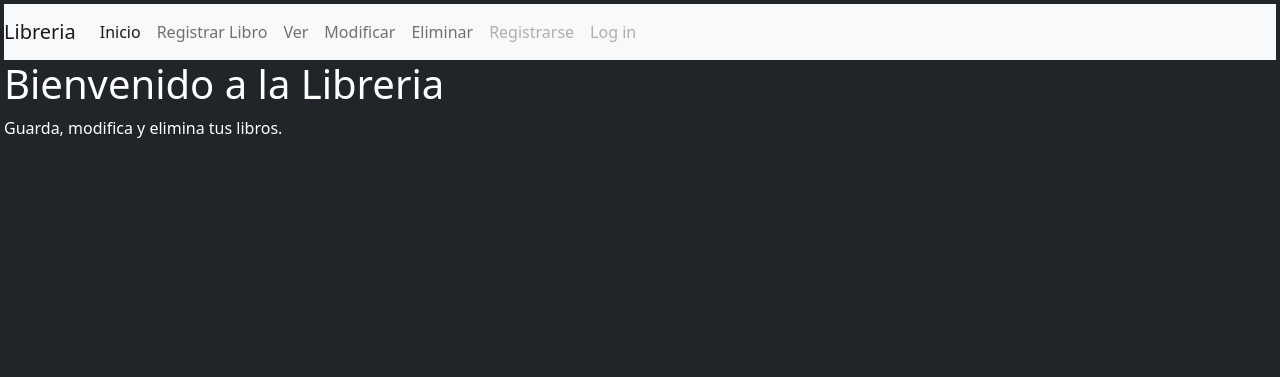
Repository: frnalonso/libreria
Page: src/main/resources/templates/index.html
These files come from the project's save history. The page is drawn as it stood at one moment and after the next save; the edit follows.
The browser window is 1280 px wide. The pictures show the whole page.

Above is the page before, as saved 2021-11-10 11:31:05.

### src/main/resources/templates/index.html

<!doctype html>
<html lang="en">
  <head>
    <!-- Required meta tags -->
    <meta charset="utf-8">
    <meta name="viewport" content="width=device-width, initial-scale=1">

    <!-- Bootstrap CSS -->
    <link href="https://cdn.jsdelivr.net/npm/bootstrap@5.1.3/dist/css/bootstrap.min.css" rel="stylesheet" integrity="sha384-1BmE4kWBq78iYhFldvKuhfTAU6auU8tT94WrHftjDbrCEXSU1oBoqyl2QvZ6jIW3" crossorigin="anonymous">

    <title>Inicio</title>
  </head>
  <body class="bg-dark p-1 text-white">
    <nav class="navbar navbar-expand-lg navbar-light bg-light">
        <a class="navbar-brand" href="/">Libreria</a>
        <button class="navbar-toggler" type="button" data-toggle="collapse" data-target="#navbarNavAltMarkup" aria-controls="navbarNavAltMarkup" aria-expanded="false" aria-label="Toggle navigation">
          <span class="navbar-toggler-icon"></span>
        </button>
        <div class="collapse navbar-collapse" id="navbarNavAltMarkup">
          <div class="navbar-nav">
            <a class="nav-item nav-link active" href="/">Inicio <span class="sr-only"></span></a>
            <a class="nav-item nav-link" href="/registro">Registrar Libro</a>
            <a class="nav-item nav-link" href="/mostrar">Ver</a>
            <a class="nav-item nav-link" href="/modificar/{id}">Modificar</a>
            <a class="nav-item nav-link" href="/eliminar">Eliminar</a>
            <a class="nav-item nav-link disabled" href="Log in">Registrarse</a>
            <a class="nav-item nav-link disabled" href="Log in">Log in</a>
          </div>
        </div>
      </nav>
    <h1>Bienvenido a la Libreria</h1>
    <p>Guarda, modifica y elimina tus libros.</p>
    <!-- Optional JavaScript; choose one of the two! -->

    <!-- Option 1: Bootstrap Bundle with Popper -->
    <script src="https://cdn.jsdelivr.net/npm/bootstrap@5.1.3/dist/js/bootstrap.bundle.min.js" integrity="sha384-ka7Sk0Gln4gmtz2MlQnikT1wXgYsOg+OMhuP+IlRH9sENBO0LRn5q+8nbTov4+1p" crossorigin="anonymous"></script>

    <!-- Option 2: Separate Popper and Bootstrap JS -->
    <!--
    <script src="https://cdn.jsdelivr.net/npm/@popperjs/core@2.10.2/dist/umd/popper.min.js" integrity="sha384-7+zCNj/IqJ95wo16oMtfsKbZ9ccEh31eOz1HGyDuCQ6wgnyJNSYdrPa03rtR1zdB" crossorigin="anonymous"></script>
    <script src="https://cdn.jsdelivr.net/npm/bootstrap@5.1.3/dist/js/bootstrap.min.js" integrity="sha384-QJHtvGhmr9XOIpI6YVutG+2QOK9T+ZnN4kzFN1RtK3zEFEIsxhlmWl5/YESvpZ13" crossorigin="anonymous"></script>
    -->
  </body>
</html>

After the next save:
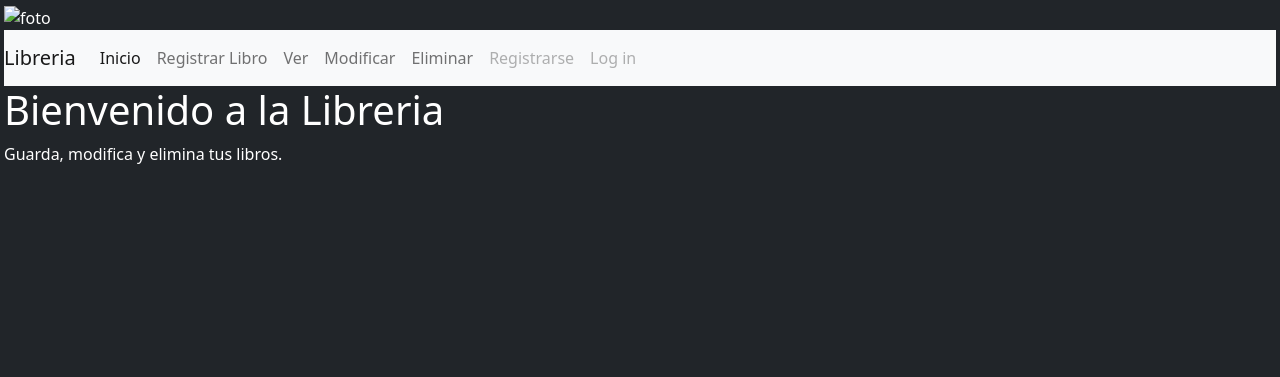
Not found: img/banner_libreria.png
Saved 46 h 5 min later.
--- a/src/main/resources/templates/index.html
+++ b/src/main/resources/templates/index.html
@@ -10,6 +10,7 @@
     <link href="https://cdn.jsdelivr.net/npm/bootstrap@5.1.3/dist/css/bootstrap.min.css" rel="stylesheet" integrity="sha384-1BmE4kWBq78iYhFldvKuhfTAU6auU8tT94WrHftjDbrCEXSU1oBoqyl2QvZ6jIW3" crossorigin="anonymous">
 
     <title>Inicio</title>
+    <img src="/img/banner_libreria.png" alt="foto">
   </head>
   <body class="bg-dark p-1 text-white">
     <nav class="navbar navbar-expand-lg navbar-light bg-light">

After the save that followed:
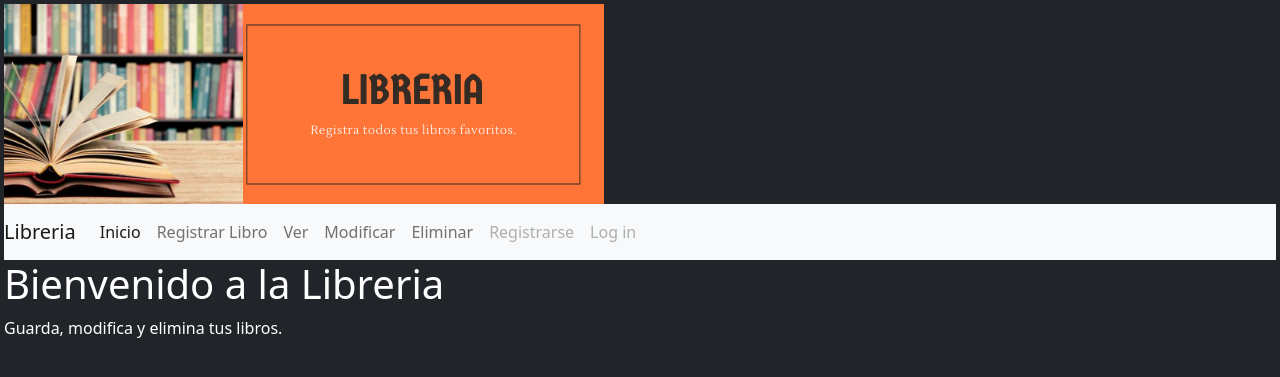
Saved 3 min 22 s later.
--- a/src/main/resources/templates/index.html
+++ b/src/main/resources/templates/index.html
@@ -10,7 +10,7 @@
     <link href="https://cdn.jsdelivr.net/npm/bootstrap@5.1.3/dist/css/bootstrap.min.css" rel="stylesheet" integrity="sha384-1BmE4kWBq78iYhFldvKuhfTAU6auU8tT94WrHftjDbrCEXSU1oBoqyl2QvZ6jIW3" crossorigin="anonymous">
 
     <title>Inicio</title>
-    <img src="/img/banner_libreria.png" alt="foto">
+    <img src="/src/main/resources/static/images/banner_libreria.png" alt="foto">
   </head>
   <body class="bg-dark p-1 text-white">
     <nav class="navbar navbar-expand-lg navbar-light bg-light">
